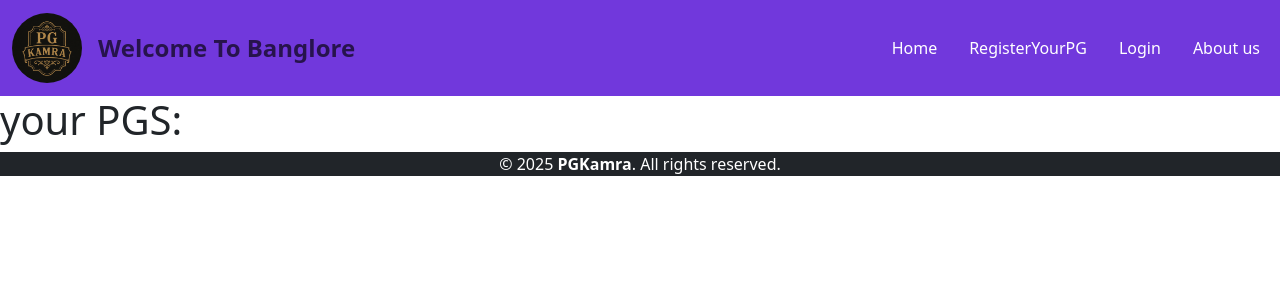
Repository: KUKATIDINESH/pgfinder
Page: mainapp/templates/pglist_for_modification.html
These files come from the project's save history. The page is drawn as it stood at one moment and after the next save; the edit follows.
The browser window is 1280 px wide. The pictures show the whole page.
The page is served by the project's application, run on Django 5.2 (manage.py). Other server files are loaded and not shown. The template is opened directly, without the code that normally fills it, so the values that code supplies are empty.

Above is the page before, as saved 2025-07-08 12:05:34.

### PgFinder/mainapp/templates/pglist_for_modification.html
{% extends 'base.html' %}
{% block title %}HOME{% endblock %}

{% block extra_css %}
<style>

.pgs{
    border: 10px solid red;
}
</style>

{% endblock extra_css %}


{% block content %}
<h1>your PGS:</h1>
<div clss="pgs">
{% for pg in pgs %}


 <p><b>PGname</b>:{{pg.pgname}}</p>
    <p><b>PG owner name </b>:{{pg.ownername}}</p><br>

{% endfor %}
</div>
{% endblock content %}

{% block extra_js %}

 {% endblock extra_js %}

### PgFinder/mainapp/templates/base.html
{% load static %}
<!DOCTYPE html>
<html lang="en">
<head>
  <meta charset="UTF-8">
  <meta name="viewport" content="width=device-width, initial-scale=1.0">
  <title>{% block title %}PGFR{% endblock %}</title>
       <link href="https://cdn.jsdelivr.net/npm/bootstrap@5.3.3/dist/css/bootstrap.min.css" rel="stylesheet">
  {% block extra_css %}
  <style>
    body{
      height: 50vh;
    }
  </style>
  {% endblock extra_css %}
</head>
<body>


  {% include 'nav.html' %}


  {% block content %}


  {% endblock content %}
<footer class="bg-dark text-white" style="background-color: rgb(113, 56, 220);  ">
  <div class="container text-center">
    <p class="mb-0">&copy; 2025 <strong>PGKamra</strong>. All rights reserved.</p>
  </div>
</footer>
    <script src="https://cdn.jsdelivr.net/npm/bootstrap@5.3.3/dist/js/bootstrap.bundle.min.js"></script>
 {% block extra_js %}

 {% endblock extra_js %}
</body>
</html>

### PgFinder/mainapp/templates/nav.html
 {% load static %}
 <nav class="navbar navbar-expand-lg navbar-light  position-relative" style="background-color: rgb(113, 56, 220);">
        <div class="container-fluid">
            <!-- Left: Logo -->
            <a class="navbar-brand" href="#">
                <img src="{% static 'images/logo.jpg' %}" alt="Logo" height="70" width="70" style="border-radius: 50%;">
            </a>

            <!-- Center: Website Name -->
            <div class="navbar-center d-none d-lg-block">
                <span class="navbar-text fw-bold fs-4">Welcome To Banglore</span>
            </div>

            <!-- Right: Navigation links -->
            <div class="ms-auto">
                <ul class="navbar-nav d-flex flex-row gap-3">
                    <li class="nav-item">
                            <a class="nav-link text-white" href="{% url 'home' %}">Home</a>
                        </li>
                    <li class="nav-item">
                        <a class="nav-link text-white" href="{% url 'pgregister' %}">RegisterYourPG</a>
                    </li>
                    {% if user.is_authenticated %}
                        <li class="nav-item">
                            <a class="nav-link text-white" href="{% url 'logout' %}">Logout</a>
                        </li>
                    {% else %}
                        <li class="nav-item">
                            <a class="nav-link text-white" href="{% url 'login' %}">Login</a>
                        </li>
                    {% endif %}
                    <li class="nav-item">
                            <a class="nav-link text-white" href="{% url 'aboutus' %}">About  us</a>
                    </li>

                </ul>
            </div>
        </div>
    </nav>

### PgFinder/PgFinder/urls.py
"""
URL configuration for PgFinder project.

The `urlpatterns` list routes URLs to views. For more information please see:
    https://docs.djangoproject.com/en/5.1/topics/http/urls/
Examples:
Function views
    1. Add an import:  from my_app import views
    2. Add a URL to urlpatterns:  path('', views.home, name='home')
Class-based views
    1. Add an import:  from other_app.views import Home
    2. Add a URL to urlpatterns:  path('', Home.as_view(), name='home')
Including another URLconf
    1. Import the include() function: from django.urls import include, path
    2. Add a URL to urlpatterns:  path('blog/', include('blog.urls'))
"""
from django.conf import settings
from django.conf.urls.static import static

from django.contrib import admin
from django.urls import path,include

urlpatterns = [
    path('admin/', admin.site.urls),
    path('',include('authentication.urls')),
    path('main/',include('mainapp.urls'))
]

if settings.DEBUG:
    urlpatterns += static(settings.MEDIA_URL, document_root=settings.MEDIA_ROOT)

### PgFinder/authentication/urls.py
from django.urls import path
from . import views
urlpatterns=[
    path('login',views.user_login,name='login'),
    path('signin',views.signin,name='signin'),
    path('logout',views.user_logout,name='logout'),
#     path('',views.home,name='home')
    ]

### PgFinder/mainapp/urls.py
from django.urls import path
from . import views
urlpatterns=[
    path('home',views.home,name='home'),
    path('display_all_pg_details/<str:area>/<str:rent>/',views.display_all_pg_details,name='display_all_pg_details'),
    path('aboutus',views.about_us,name='aboutus'),
    path('pgregister',views.PGregister,name='pgregister'),
    path('pgdetails/<int:pk>',views.pg_details,name='pgdetails'),
    path('modifypg',views.pg_modify,name='modifypg'),
    path('pglist_for_modification',views.pglist_for_modify,name='pglist_for_modification'),

]

After the next save:
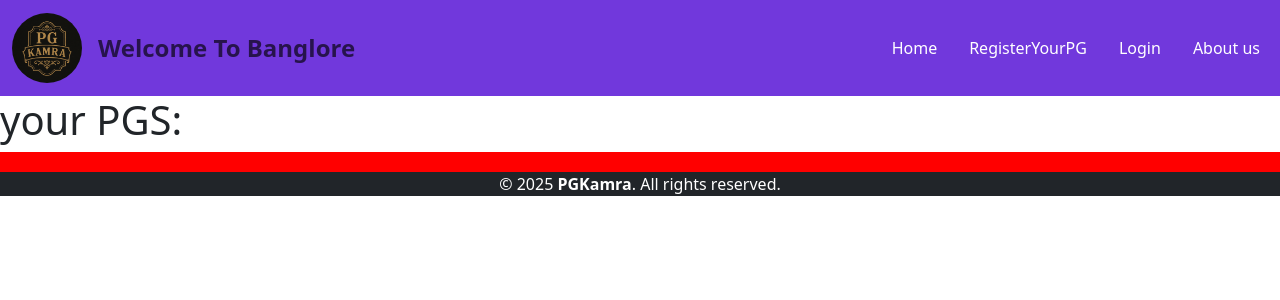
Saved 11 s later.
--- a/PgFinder/mainapp/templates/pglist_for_modification.html
+++ b/PgFinder/mainapp/templates/pglist_for_modification.html
@@ -14,7 +14,7 @@
 
 {% block content %}
 <h1>your PGS:</h1>
-<div clss="pgs">
+<div class="pgs">
 {% for pg in pgs %}
 
 
